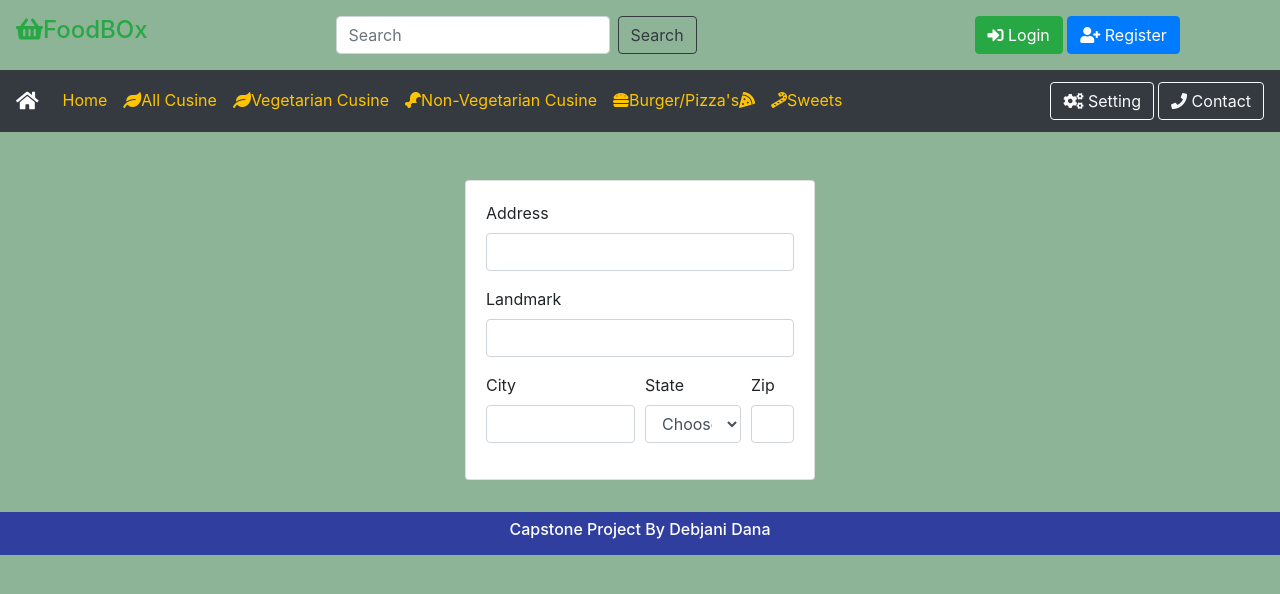
Repository: debjaniprofessional32/Capstone-Final-FoodBox-Delivery-Project
Page: http://localhost/OnlinFoodBOX/useraddress.jsp
An editor plug-in stored every save of this project. The page is shown before and after the next save, followed by the edit.
The browser window is 1280 px wide. The pictures show the whole page.
Some web libraries are served in a nearby version. The page is served by Tomcat 9.

Above is the page before, as saved 2022-12-23 11:55:30.

After the next save:
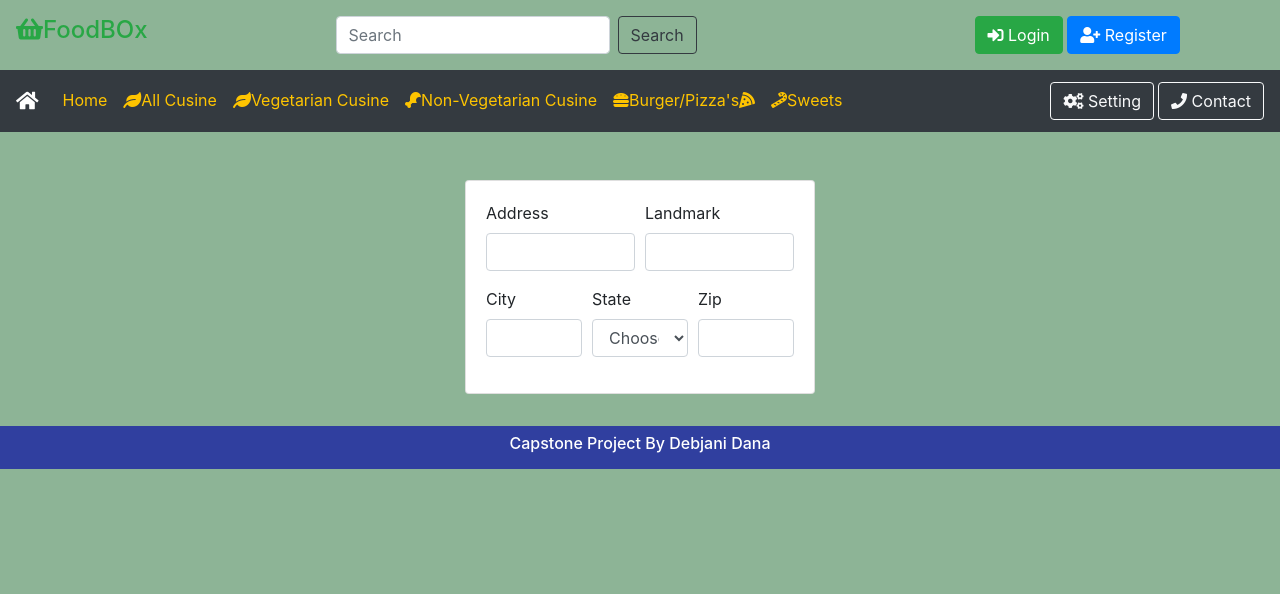
Saved 7 min 11 s later.
--- a/OnlinFoodBOX/src/main/webapp/useraddress.jsp
+++ b/OnlinFoodBOX/src/main/webapp/useraddress.jsp
@@ -16,16 +16,17 @@
 <div class="card">
 <div class="card-body">
 <form action="">
-<div class="form-group">
+<div class="form-row">
+ <div class="form-group col-md-6">
     <label for="inputAddress">Address</label>
     <input type="text" class="form-control" id="inputAddress" placeholder="">
   </div>
-  <div class="form-group">
+  <div class="form-group col-md-6">
     <label for="inputAddress2">Landmark</label>
     <input type="text" class="form-control" id="inputAddress2" placeholder="">
-  </div>
+  </div></div>
   <div class="form-row">
-    <div class="form-group col-md-6">
+    <div class="form-group col-md-4">
       <label for="inputCity">City</label>
       <input type="text" class="form-control" id="inputCity">
     </div>
@@ -36,7 +37,7 @@
         <option>...</option>
       </select>
     </div>
-    <div class="form-group col-md-2">
+    <div class="form-group col-md-4">
       <label for="inputZip">Zip</label>
       <input type="text" class="form-control" id="inputZip">
     </div>
